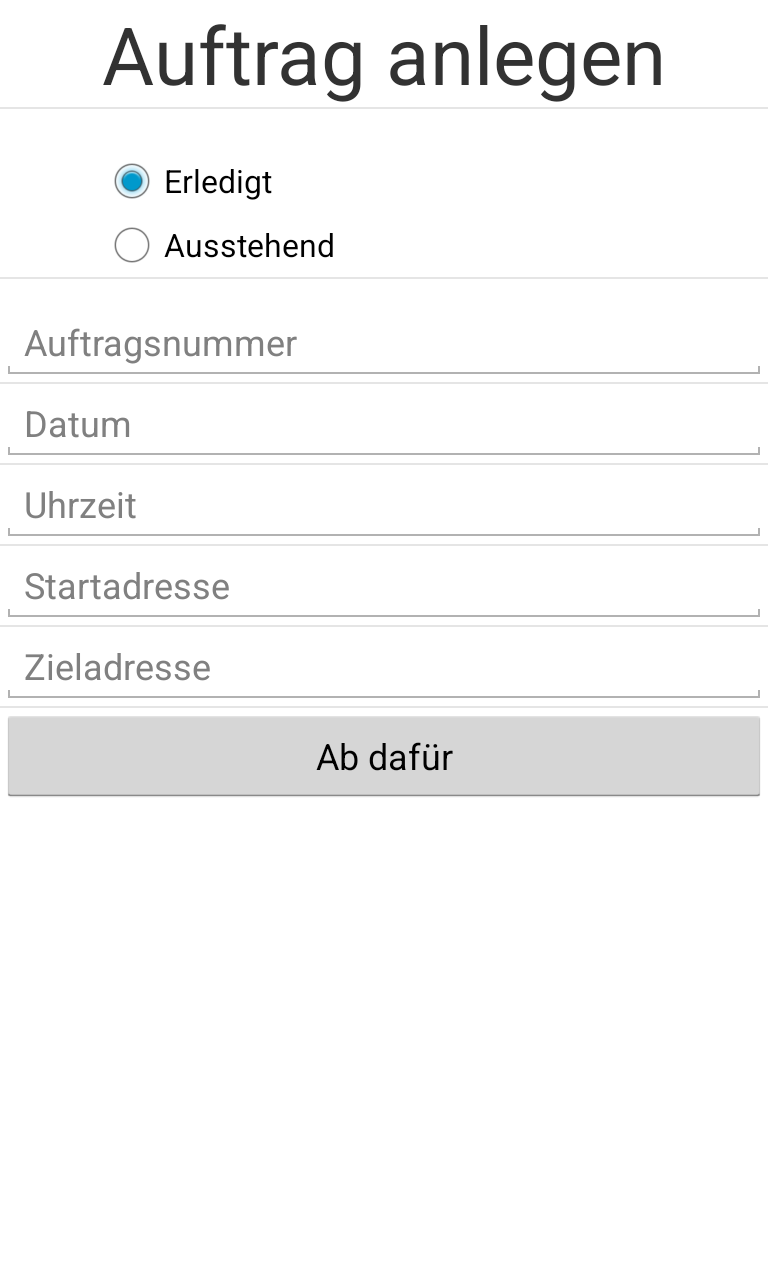
Repository: VroniZinsser/Kurierdienst
Layout: KurierdienstVroni/res/layout/activity_manager.xml
These files come from the project's save history. The layout is drawn as it stood at one moment and after the next save; the edit follows.
It is drawn on a 768 x 1280 px phone screen (xhdpi) without system bars, with theme AppTheme; the app's code is not run. The app's manifest (not shown) leaves right-to-left support off. So textAlignment, textDirection and layoutDirection are ignored, and left and right values win over start and end ones.

Above is the layout before, as saved 2014-07-16 10:03:13.

After the next save:
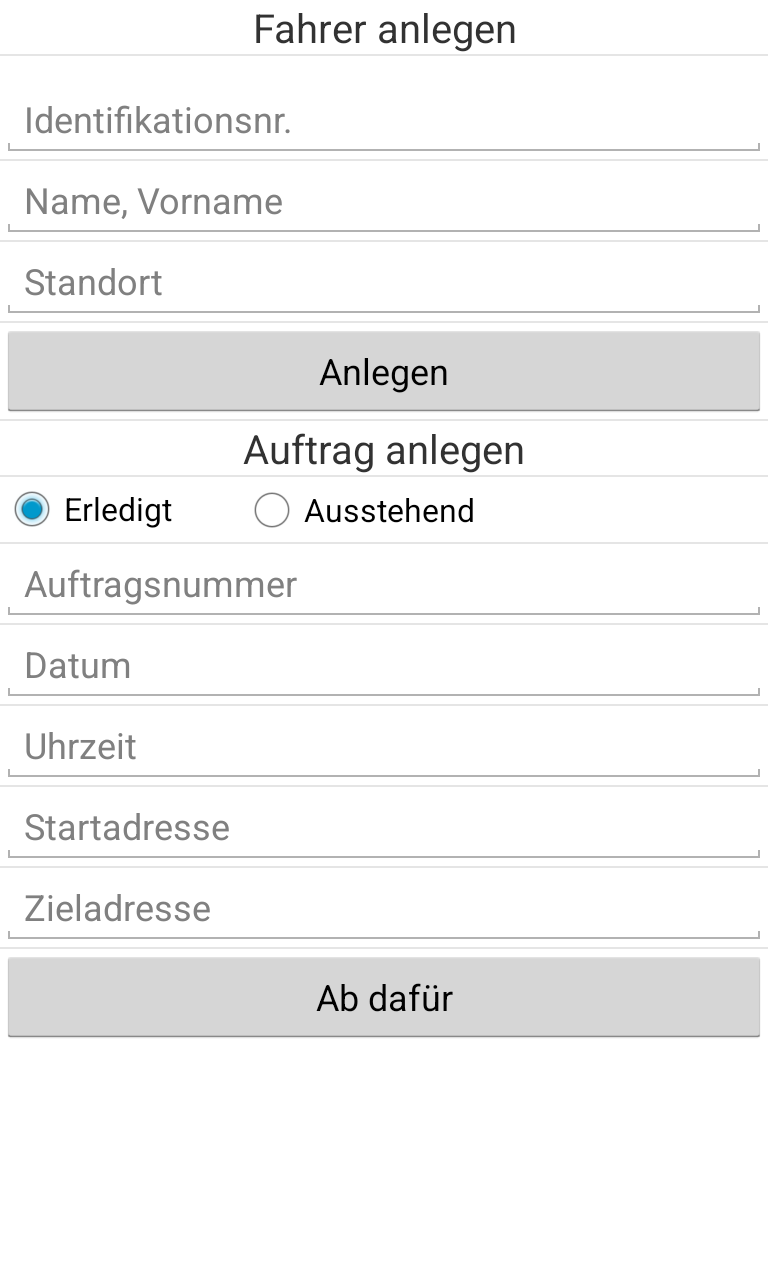
Saved 9 s later.
--- a/KurierdienstVroni/res/layout/activity_manager.xml
+++ b/KurierdienstVroni/res/layout/activity_manager.xml
@@ -8,24 +8,57 @@
     android:showDividers="middle" >
 
     <TextView
-        android:id="@+id/evening_plan"
+        android:id="@+id/fahrer"
         android:layout_width="match_parent"
         android:layout_height="wrap_content"
         android:gravity="center_vertical|center_horizontal"
-        android:textSize="40sp"
+        android:textSize="20sp"
+        android:text="@string/fahrer" />
+
+    <EditText
+        android:id="@+id/fahrer_id"
+        android:layout_width="match_parent"
+        android:layout_height="wrap_content"
+        android:layout_marginTop="12dp"
+        android:hint="@string/fahrer_id"></EditText>
+
+    <EditText
+        android:id="@+id/fahrer_name"
+        android:layout_width="match_parent"
+        android:layout_height="wrap_content"
+        android:hint="@string/fahrer_name"></EditText>
+
+    <EditText
+        android:id="@+id/standort"
+        android:layout_width="match_parent"
+        android:layout_height="wrap_content"
+        android:hint="@string/fahrer_standort"></EditText>
+
+        <Button
+            android:id="@+id/fahrer_submit"
+            android:layout_width="match_parent"
+            android:layout_height="wrap_content"
+            android:layout_gravity="center_vertical|center_horizontal"
+            android:gravity="center_vertical|center_horizontal"
+            android:text="@string/fahrer_anlegen"
+            android:textAlignment="center" />
+
+    <TextView
+        android:layout_width="match_parent"
+        android:layout_height="wrap_content"
+        android:gravity="center_vertical|center_horizontal"
+        android:textSize="20sp"
         android:text="@string/anlegen_text" />
 
     <RadioGroup
         android:id="@+id/choose_pre_drinks"
         android:layout_width="wrap_content"
-        android:layout_height="wrap_content"
-        android:layout_marginTop="20dp" >
+        android:layout_height="wrap_content">
 
         <RadioButton
             android:id="@+id/erledigt"
             android:layout_width="wrap_content"
             android:layout_height="wrap_content"
-            android:layout_marginLeft="50dp"
             android:checked="true"
             android:text="@string/erledigt" />
 
@@ -33,7 +66,8 @@
             android:id="@+id/ausstehend"
             android:layout_width="wrap_content"
             android:layout_height="wrap_content"
-            android:layout_marginLeft="50dp"
+            android:layout_marginLeft="120dp"
+            android:layout_marginTop="-32dp"
             android:text="@string/ausstehend" />
 
     </RadioGroup>
@@ -42,7 +76,6 @@
         android:id="@+id/auftragsnummer"
         android:layout_width="match_parent"
         android:layout_height="wrap_content"
-        android:layout_marginTop="12dp"
         android:hint="@string/auftragsnummer"></EditText>
 
     <EditText
@@ -71,20 +104,16 @@
 
 
 
-    <LinearLayout
-        android:layout_width="match_parent"
-        android:layout_height="wrap_content"
-        android:orientation="horizontal"
-        android:gravity="center_vertical|center_horizontal" >
 
-        <Button
+
+    <Button
             android:id="@+id/lets_go"
             android:layout_width="match_parent"
-            android:layout_height="match_parent"
+            android:layout_height="wrap_content"
             android:layout_gravity="center_vertical|center_horizontal"
             android:gravity="center_vertical|center_horizontal"
             android:text="@string/anlegen"
             android:textAlignment="center" />
-    </LinearLayout>
+
 
 </LinearLayout>
